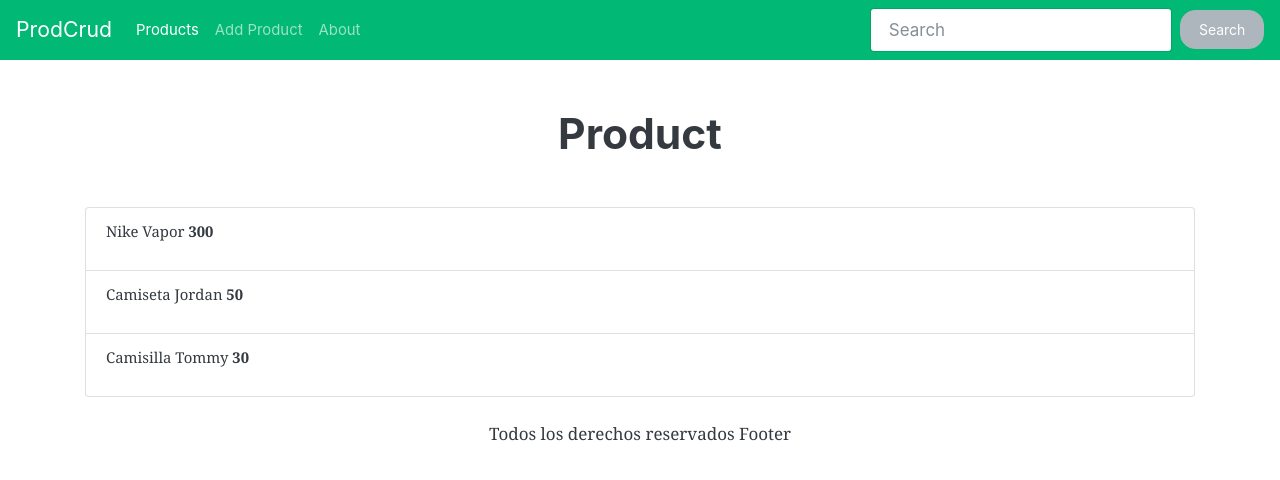
Repository: harrycampaz/router-reactjs
Page: /products
The author's editor kept a copy of each file at every save. The page is drawn from the files as they stood at one save, then again after the next save.
The browser window is 1280 px wide. The pictures show the whole page.
The project was rebuilt for these pictures with package versions that can differ from the ones it lists, and the page was loaded fresh each time. Requests to the local data server were answered from the project's data file. Also part of the build but not shown: src/components/Product/AddProduct.js, src/components/Product/EditProduct.js.

Above is the page before, as saved 2020-01-24 22:04:06.

### public/index.html
<!DOCTYPE html>
<html lang="en">
  <head>
    <meta charset="utf-8" />
    <link rel="icon" href="%PUBLIC_URL%/favicon.ico" />
    <meta name="viewport" content="width=device-width, initial-scale=1" />
    <meta name="theme-color" content="#000000" />
    <meta
      name="description"
      content="Web site created using create-react-app"
    />
    <link rel="apple-touch-icon" href="%PUBLIC_URL%/logo192.png" />
    <!--
      manifest.json provides metadata used when your web app is installed on a
      user's mobile device or desktop. See https://developers.google.com/web/fundamentals/web-app-manifest/
    -->
    <link rel="manifest" href="%PUBLIC_URL%/manifest.json" />
    <link rel="stylesheet" href="/css/bootstrap.min.css">
    <!--
      Notice the use of %PUBLIC_URL% in the tags above.
      It will be replaced with the URL of the `public` folder during the build.
      Only files inside the `public` folder can be referenced from the HTML.

      Unlike "/favicon.ico" or "favicon.ico", "%PUBLIC_URL%/favicon.ico" will
      work correctly both with client-side routing and a non-root public URL.
      Learn how to configure a non-root public URL by running `npm run build`.
    -->
    <title>React App</title>
  </head>
  <body>
    <noscript>You need to enable JavaScript to run this app.</noscript>
    <div id="root"></div>
    <!--
      This HTML file is a template.
      If you open it directly in the browser, you will see an empty page.

      You can add webfonts, meta tags, or analytics to this file.
      The build step will place the bundled scripts into the <body> tag.

      To begin the development, run `npm start` or `yarn start`.
      To create a production bundle, use `npm run build` or `yarn build`.
    -->
  </body>
</html>

### src/App.js
import React, { useState, useEffect } from 'react';
import axios from "axios";

import { BrowserRouter as Router, Route, Switch } from 'react-router-dom';
import Products from './components/Product/Products';
import AddProduct from './components/Product/AddProduct';
import EditProduct from './components/Product/EditProduct';
import Product from './components/Product/Product';
import Header from './ui/Header';
import Footer from './ui/Footer';


function App() {

  const [products, setProducts]= useState([]);

  useEffect(()=> {

    fetchApi();

  }, [])

  const fetchApi = async () => {
    const result = await axios.get('http://localhost:4000/store');

    console.log(result.data);

    setProducts(result.data);

  }


  return (
    <Router>
      <Header/>
      <main className="container mt-5">
        <Switch>
          <Route exact path ="/products" render={() => (
            <Products products={products}/>
          )}/>
          <Route exact path ="/add-product" component={AddProduct}/>
          <Route exact path ="/products/:id" component={Product}/>
          <Route exact path ="/products/editar/:id" component={EditProduct}/>
        </Switch>
      </main>
      <Footer />
    </Router>

  );
}

export default App;

### src/components/Product/Products.js
import React, { Fragment } from 'react';
import Product from './Product';

function Products({products}) {
    return (
        <Fragment>
  <h1 className="text-center">Product</h1>

  <ul className="list-group mt-5">
      {products.map(product => (
          <Product key={product.id} product={product}/>
      ))}
  </ul>
        </Fragment>

    );
}

export default Products;

### src/components/Product/Product.js
import React from 'react';

function Product({product}) {
    return (

       <li className="list-group-item d-flex justify-content-between">
           <p>

{product.name} {' '}
    <span className="font-weight-bold">{product.precio}</span>
           </p>
           <div>

           </div>
       </li>
    );
}

export default Product;

### src/ui/Header.js
import React from 'react';
import { Link, NavLink } from 'react-router-dom';

const Header = (props) => (
    <nav className="navbar navbar-expand-lg navbar-dark bg-dark">

    <NavLink to="/products" className="navbar-brand"> ProdCrud
          </NavLink>
    <button className="navbar-toggler" type="button" data-toggle="collapse" data-target="#navbarColor03" aria-controls="navbarColor03" aria-expanded="false" aria-label="Toggle navigation">
      <span className="navbar-toggler-icon"></span>
    </button>

    <div className="collapse navbar-collapse" id="navbarColor03">
      <ul className="navbar-nav mr-auto">
        <li className="nav-item active">
          <NavLink to="/products" className="nav-link" activeClassName="active" > Products
          </NavLink>
        </li>
        <li className="nav-item">
        <NavLink to="/add-product" className="nav-link"  activeClassName="active"> Add Product
          </NavLink>
        </li>

        <li className="nav-item">
          <a className="nav-link" href="#">About</a>
        </li>
      </ul>
      <form className="form-inline my-2 my-lg-0">
        <input className="form-control mr-sm-2" type="text" placeholder="Search" />
        <button className="btn btn-secondary my-2 my-sm-0" type="submit">Search</button>
      </form>
    </div>
</nav>
);

export default Header;

### src/ui/Footer.js
import React from 'react';

const Footer = (props) => (
            <div>
                <p className="mt-4 p2 text-center">
                Todos los derechos reservados Footer </p>
            </div>
    );

export default Footer;

### db.json
{
    "store" : [
        {
            "id": 1,
            "name": "Nike Vapor",
            "precio": "300",
            "description": "Tenis muy comodas"
        },
        {
            "id": 2,
            "name": "Camiseta Jordan",
            "precio": "50",
            "description": "Camiseta tipo buso"
        },
        {
            "id": 3,
            "name": "Camisilla Tommy",
            "precio": "30",
            "description": "Camisilla de tela fria"
        }
    ]
}

Loaded but not shown: src/index.js (common file); src/index.css (common file); src/serviceWorker.js (common file); public/css/bootstrap.min.css (library)

After the next save:
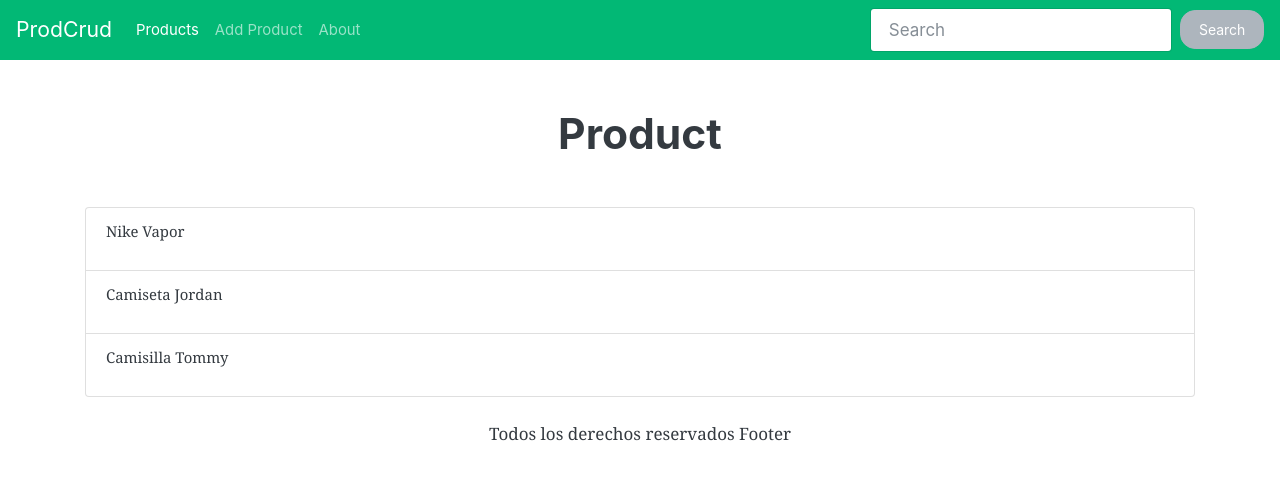
Saved 96 s later.
--- a/db.json
+++ b/db.json
@@ -3,20 +3,23 @@
         {
             "id": 1,
             "name": "Nike Vapor",
-            "precio": "300",
-            "description": "Tenis muy comodas"
+            "price": "300",
+            "description": "Tenis muy comodas",
+            "category":"tenis"
         },
         {
             "id": 2,
             "name": "Camiseta Jordan",
-            "precio": "50",
-            "description": "Camiseta tipo buso"
+            "price": "50",
+            "description": "Camiseta tipo buso",
+            "category":"ropa"
         },
         {
             "id": 3,
             "name": "Camisilla Tommy",
-            "precio": "30",
-            "description": "Camisilla de tela fria"
+            "price": "30",
+            "description": "Camisilla de tela fria",
+            "category":"ropa"
         }
     ]
 }

After the 2 saves that followed:
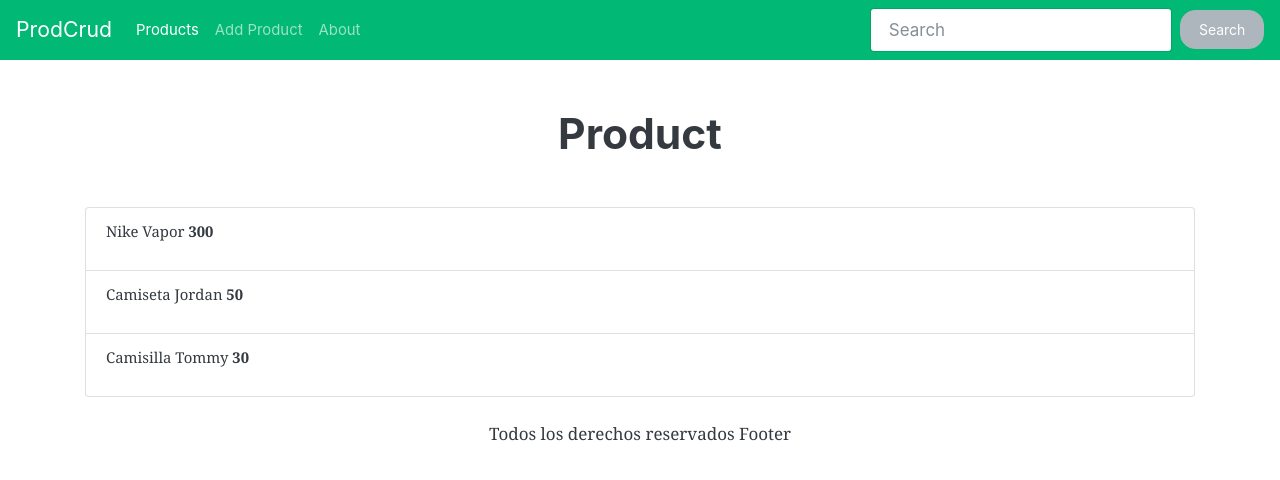
The 2 saves are shown as one change because 1 left the picture as it was.
The last was saved 65 s later.
--- a/src/components/Product/Product.js
+++ b/src/components/Product/Product.js
@@ -3,11 +3,11 @@ import React from 'react';
 function Product({product}) {
     return (
 
-       <li className="list-group-item d-flex justify-content-between">
+       <li className="list-group-item d-flex justify-content-between" data-category={product.category}>
            <p>
 
 {product.name} {' '}
-    <span className="font-weight-bold">{product.precio}</span>
+    <span className="font-weight-bold">{product.price}</span>
            </p>
            <div>
 
